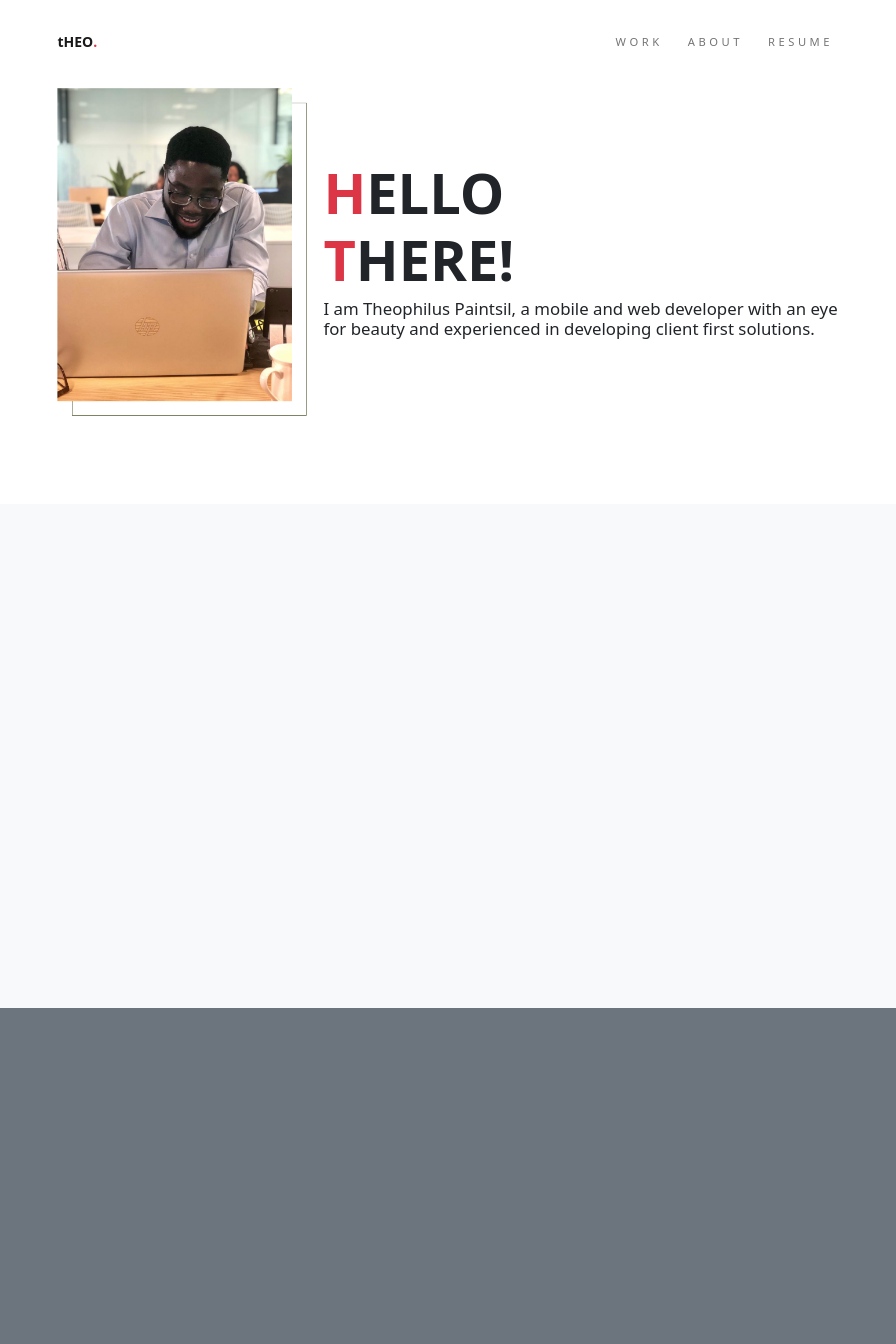
Repository: tHEO2k17/portfolio
Page: /
An editor plug-in stored every save of this project. The page is shown before and after the next save, followed by the edit.
The browser window is 1280 px wide. The pictures show the part of the page from y = 0 to 1920 px (the page is 3000 px tall), at 70% of full size.
The project was rebuilt for these pictures with package versions that can differ from the ones it lists, and the page was loaded fresh each time.

Above is the page before, as saved 2021-07-22 07:40:11.

### public/index.html
<!DOCTYPE html>
<html lang="en">
  <head>
    <meta charset="utf-8" />
    <link rel="icon" href="%PUBLIC_URL%/favicon.ico" />
    <meta name="viewport" content="width=device-width, initial-scale=1" />
    <meta name="theme-color" content="#000000" />
    <meta
      name="description"
      content="Web site created using create-react-app"
    />
    <link rel="apple-touch-icon" href="%PUBLIC_URL%/logo192.png" />
    <link rel="manifest" href="%PUBLIC_URL%/manifest.json" />
    <title>Theophilus Paintsil - Portfolio</title>
  </head>
  <body>
    <noscript>You need to enable JavaScript to run this app.</noscript>
    <div id="root"></div>
  </body>
</html>

### src/index.tsx
import React from 'react';
import ReactDOM from 'react-dom';
import './index.scss';
import App from './presentation/App';

ReactDOM.render(
  <React.StrictMode>
    <App />
  </React.StrictMode>,
  document.getElementById('root')
);

### src/index.scss
@import '~bootstrap/scss/bootstrap.scss';

.navbar-light .navbar-nav{
    padding: 2rem 0rem;
}

.navbar-light .navbar-nav .nav-link {
   letter-spacing: 5px;
}

.navbar-light .navbar-nav .nav-link:not(:last-child) {
    margin-right: 20px;
 }

### src/presentation/App.tsx
import React from 'react';
import { Switch, Route, BrowserRouter as Router, } from 'react-router-dom';
import HomePage from './pages/HomePage';

function App() {
  return (
    <Router>
      <Switch>
        <Route exact path="/" component={HomePage} />
      </Switch>
    </Router>
  );
}

export default App;

### src/presentation/pages/HomePage.tsx
import { Col, Container, Nav, Navbar, Row, Image } from "react-bootstrap";

export default function HomePage() {
    return (
        <>
            <Navbar expand="lg" fixed="top" variant="light">
                <Container>
                    <Navbar.Brand href="#home">
                        <span className="fw-bold">tHEO<b className="text-danger">.</b></span>
                    </Navbar.Brand>
                    <Navbar.Toggle />
                    <Navbar.Collapse>
                        <Nav className="ms-auto">
                            <Nav.Link href="#home">WORK</Nav.Link>
                            <Nav.Link href="#home">ABOUT</Nav.Link>
                            <Nav.Link href="#link">RESUME</Nav.Link>
                        </Nav>
                    </Navbar.Collapse>
                </Container>
            </Navbar>

            <header className="min-vh-100">
                <Container>
                    <Row className="align-items-center min-vh-100 my-auto">
                        <Col md="4"> <Image src="assets/images/theo.png" fluid /> </Col>
                        <Col>
                            <h1 className="display-1 fw-bold">
                                <b className="text-danger">H</b>ELLO <br />
                                <b className="text-danger">T</b>HERE!
                            </h1>
                            <h4>
                                I am Theophilus Paintsil, a mobile and web developer with an eye for beauty and experienced in developing client first solutions.
                            </h4>
                        </Col>
                    </Row>
                </Container>
            </header>

            <section className="bg-light min-vh-100">
                {/* skills and tools */}
            </section>

            <section className="bg-secondary min-vh-100">
                {/* employment history */}
            </section>

            <section className="bg-light min-vh-100">
                {/* work gallery */}
            </section>

            <footer className="bg-dark text-white">
                <Container className="py-5">
                    <Row>
                        <Col>&copy; {new Date().getFullYear()} Theophilus Paintsil. All rights reserved </Col>
                    </Row>
                </Container>
            </footer>

        </>
    );
}

After the next save:
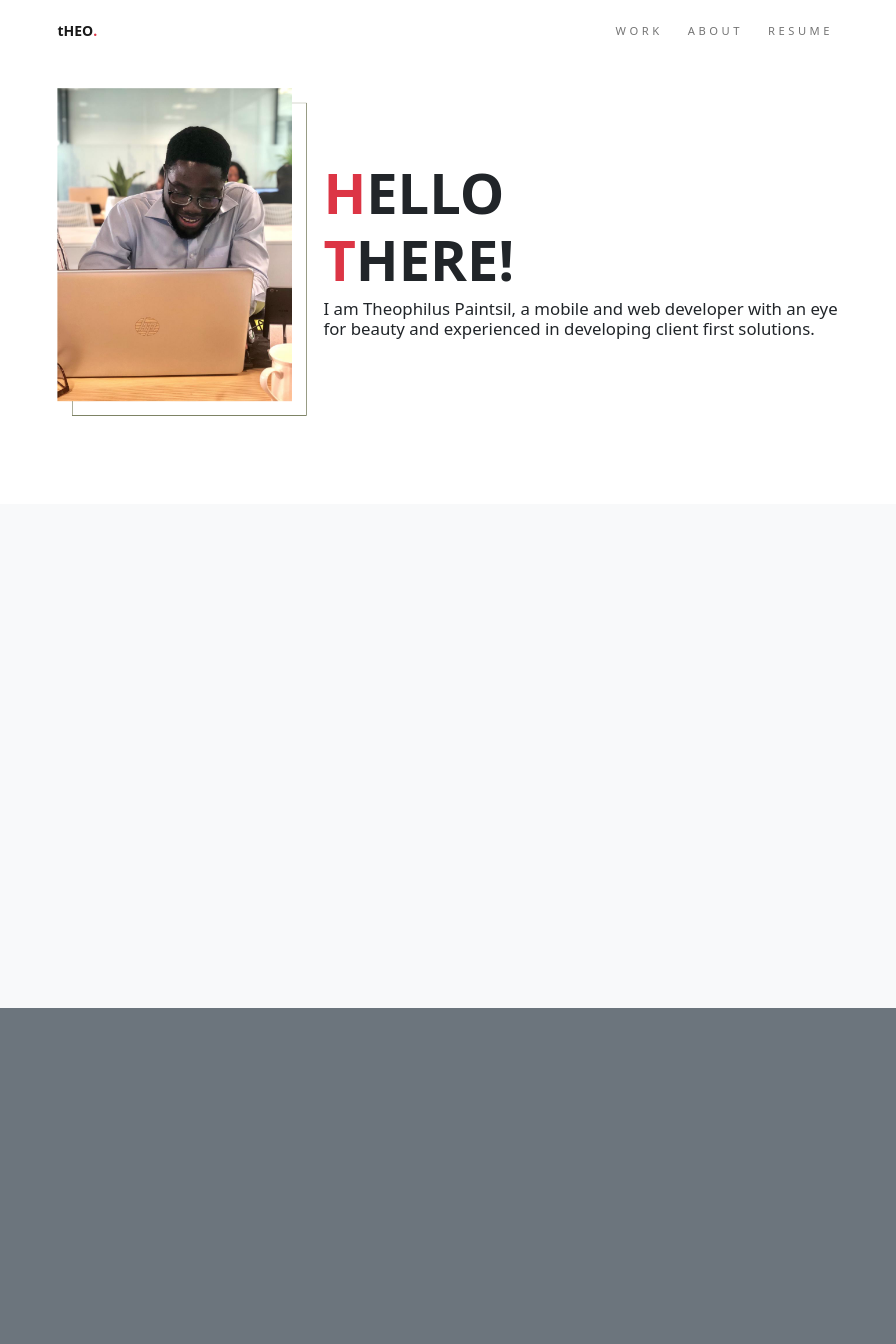
Saved 21 s later.
--- a/src/index.scss
+++ b/src/index.scss
@@ -1,7 +1,7 @@
 @import '~bootstrap/scss/bootstrap.scss';
 
 .navbar-light .navbar-nav{
-    padding: 2rem 0rem;
+    padding: 1rem 0rem;
 }
 
 .navbar-light .navbar-nav .nav-link {
